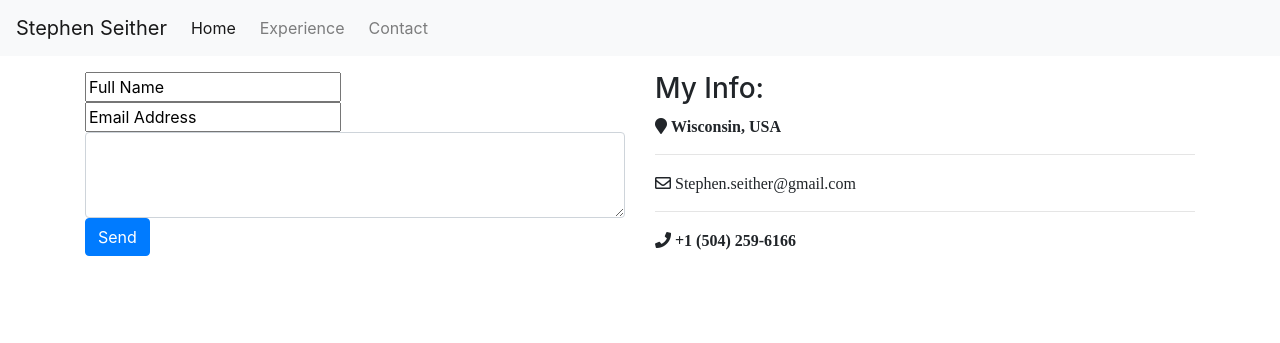
Repository: stephenseither/First-Milestone-Project
Page: contact.html
The author's editor kept a record of every edit. The page is drawn from the files as they stood at one moment, then again after the next edit.
The browser window is 1280 px wide. The pictures show the whole page.
Some web libraries are served in a nearby version.

Above is the page before.

### contact.html
<!DOCTYPE html>
<html lang="en">

<head>
    <meta charset="UTF-8">
    <meta name="viewport" content="width=device-width, initial-scale=1.0">
    <meta http-equiv="X-UA-Compatible" content="ie=edge">
    <link rel="stylesheet" href="https://stackpath.bootstrapcdn.com/bootstrap/4.3.1/css/bootstrap.min.css" integrity="sha384-ggOyR0iXCbMQv3Xipma34MD+dH/1fQ784/j6cY/iJTQUOhcWr7x9JvoRxT2MZw1T" crossorigin="anonymous">
    <link rel="stylesheet" href="https://use.fontawesome.com/releases/v5.10.2/css/all.css" integrity="sha384-rtJEYb85SiYWgfpCr0jn174XgJTn4rptSOQsMroFBPQSGLdOC5IbubP6lJ35qoM9" crossorigin="anonymous">
    <title>Document</title>
</head>

<body>
    <nav class="navbar navbar-light bg-light navbar-expand-sm">
        <a href="index.html" class="navbar-brand">Stephen Seither</a>
        <ul class="navbar-nav justify-content-end">
            <li class="active nav-item mr-2"><a class="nav-link" href="/index">Home</a></li>
            <li class="nav-item mr-2"><a class="nav-link" href="/experience">Experience</a></li>
            <li class="nav-item mr-2"><a class="nav-link" href="/contact">Contact</a></li>
        </ul>
    </nav>
    <div class="container mt-3">
        <div class="row">
            <div class="col-sm-6 col-md-6">
                <form>
                    <input type="text" name="fullname" value="Full Name">
                    <br>
                    <input type="text" name="email" value="Email Address">
                    <br>
                    <textarea name="message" class="form-control" id="form-message" rows="3"></textarea>
                    <button type="submit" class="btn btn-primary btn-submit">Send</button>
                </form>
            </div>
            <div class="col-sm-6 col-md-6">
                <h3>My Info:</h3>
                <i class="fa fa-map-marker" aria-hidden="true"> Wisconsin, USA</i>
                <hr>
                <i class="far fa-envelope"> Stephen.seither@gmail.com</i>
                <hr>
                <i class="fas fa-phone"> +1 (504) 259-6166</i>
            </div>
        </div>
    </div>
</body>

</html>

After the next edit:
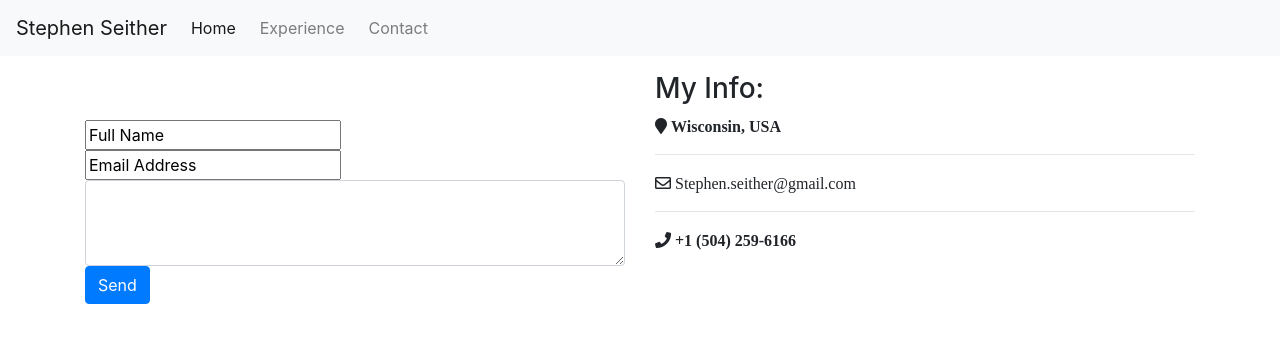
The edit:
--- a/contact.html
+++ b/contact.html
@@ -21,7 +21,7 @@
     </nav>
     <div class="container mt-3">
         <div class="row">
-            <div class="col-sm-6 col-md-6">
+            <div class="col-sm-6 col-md-6 my-5">
                 <form>
                     <input type="text" name="fullname" value="Full Name">
                     <br>
